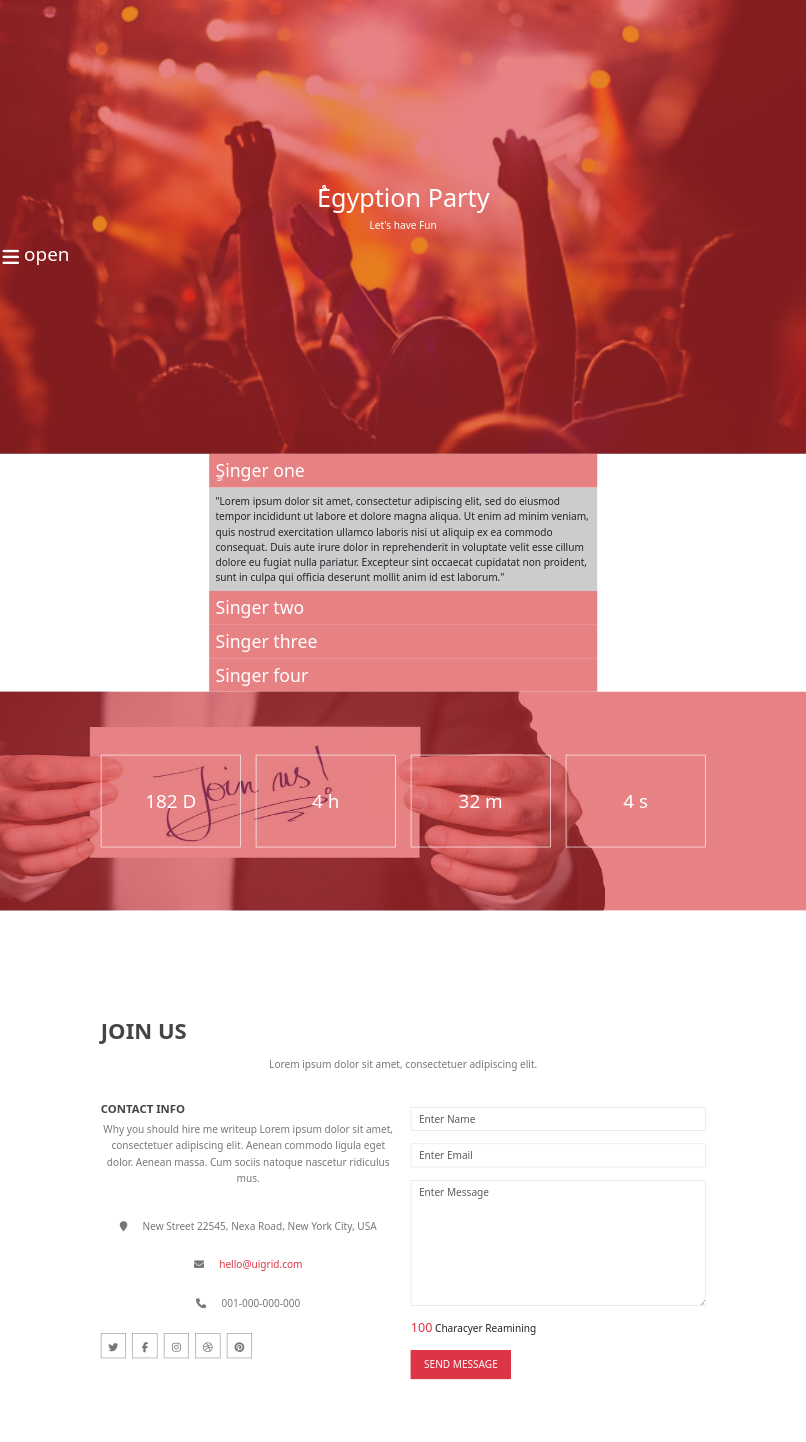
Repository: HagarYousry/jQuery
Page: index.html
These files come from the project's save history. The page is drawn as it stood at one moment and after a run of saves; the edit follows.
The browser window is 1280 px wide. The pictures show the whole page, at 63% of full size.

Above is the page before, as saved 2024-07-25 20:20:09.

### index.html
<!DOCTYPE html>
<html lang="en">

<head>
    <meta charset="UTF-8">
    <meta name="viewport" content="width=device-width, initial-scale=1.0">
    <title>Egyption party</title>
    <!-- web fonts  -->
    <link rel="stylesheet" href="css/all.min.css">
    <!-- bootstrap -->
    <link rel="stylesheet" href="css/bootstrap.min.css">
    <!-- main css -->
    <link rel="stylesheet" href="css/main.css">
</head>

<body>
    <!--start home  -->
    <section id="home">
        <div id="sideNav" class="bg-black p-5">
            <a class="p-0 closeIcon">
                <i class="fa-solid fa-xmark "></i>
            </a>
            <a class="sideNav-link mt-2" href="#home">Home</a>
            <a class="sideNav-link" href="#Acordion">Duration</a>
            <a class="sideNav-link" href="#contact">Contact</a>
            <a class="sideNav-link" href="#count">Details</a>
        </div>

        <div class="home-title d-flex justify-content-center align-items-center flex-column vh-100 text-white">
            <h1>ُEgyption Party</h1>
            <p>Let's have Fun</p>
            <span class="navIcon align-self-start d-flex align-items-center ms-1">
                <i class="fa-solid fa-bars"></i>
                <h4 class="ms-2">open</h4>
            </span>
        </div>
    </section>


    <!-- start Acordion section  -->
    <section id="Acordion" class=" ntext-center">

        <div class="container w-50">
            <h3 class="toggle">ٍSinger one</h3>
            <div class="inner first">"Lorem ipsum dolor sit amet, consectetur adipiscing elit, sed do eiusmod tempor
                incididunt ut labore et dolore magna aliqua. Ut enim ad minim veniam, quis nostrud exercitation ullamco
                laboris nisi ut aliquip ex ea commodo consequat. Duis aute irure dolor in reprehenderit in voluptate
                velit
                esse cillum dolore eu fugiat nulla pariatur. Excepteur sint occaecat cupidatat non proident, sunt in
                culpa
                qui officia deserunt mollit anim id est laborum."
            </div>


            <h3 class="toggle">Singer two</h3>
            <div class="inner">"Sed ut perspiciatis unde omnis iste natus error sit voluptatem accusantium doloremque
                laudantium, totam rem aperiam, eaque ipsa quae ab illo inventore veritatis et quasi architecto beatae
                vitae
                dicta sunt explicabo. Nemo enim ipsam voluptatem quia voluptas sit aspernatur aut odit aut fugit, sed
                quia
                consequuntur magni dolores eos qui ratione voluptatem sequi nesciunt. Neque porro quisquam est, qui
                dolorem
                ipsum quia dolor sit amet, consectetur, adipisci velit, sed quia non numquam eius modi tempora incidunt
                ut
                labore et dolore magnam aliquam quaerat voluptatem. Ut enim ad minima veniam, quis nostrum
                exercitationem
                ullam corporis suscipit laboriosam, nisi ut aliquid ex ea commodi consequatur? Quis autem vel eum iure
                reprehenderit qui in ea voluptate velit esse quam nihil molestiae consequatur, vel illum qui dolorem eum
                fugiat quo voluptas nulla pariatur?"
            </div>


            <h3 class="toggle">Singer three</h3>
            <div class="inner">"But I must explain to you how all this mistaken idea of denouncing pleasure and praising
                pain was born and I will give you a complete account of the system, and expound the actual teachings of
                the
                great explorer of the truth, the master-builder of human happiness. No one rejects, dislikes, or avoids
                pleasure itself, because it is pleasure, but because those who do not know how to pursue pleasure
                rationally
                encounter consequences that are extremely painful. Nor again is there anyone who loves or pursues or
                desires
                to obtain pain of itself, because it is pain, but because occasionally circumstances occur in which toil
                and
                pain can procure him some great pleasure. To take a trivial example, which of us ever undertakes
                laborious
                physical exercise, except to obtain some advantage from it? But who has any right to find fault with a
                man
                who chooses to enjoy a pleasure that has no annoying consequences, or one who avoids a pain that
                produces no
                resultant pleasure?"
            </div>


            <h3 class="toggle">Singer four</h3>
            <div class="inner">"At vero eos et accusamus et iusto odio dignissimos ducimus qui blanditiis praesentium
                voluptatum deleniti atque corrupti quos dolores et quas molestias excepturi sint occaecati cupiditate
                non
                provident, similique sunt in culpa qui officia deserunt mollitia animi, id est laborum et dolorum fuga.
                Et
                harum quidem rerum facilis est et expedita distinctio. Nam libero tempore, cum soluta nobis est eligendi
                optio cumque nihil impedit quo minus id quod maxime placeat facere possimus, omnis voluptas assumenda
                est,
                omnis dolor repellendus. Temporibus autem quibusdam et aut officiis debitis aut rerum necessitatibus
                saepe
                eveniet ut et voluptates repudiandae sint et molestiae non recusandae. Itaque earum rerum hic tenetur a
                sapiente delectus, ut aut reiciendis voluptatibus maiores alias consequatur aut perferendis doloribus
                asperiores repellat."

            </div>

        </div>
    </section>
    <!-- end Acordion section  -->

    <!-- start count section  -->
    <section id="count">
        <div class="container-fluid w-75 text-center text-white">
            <div class="row">
                <div class="col-md-3">
                    <div class="time">
                        <span class="days">00</span>
                    </div>
                </div>

                <div class="col-md-3">
                    <div class="time">
                        <span class="hours">00</span>
                    </div>
                </div>

                <div class="col-md-3">
                    <div class="time">
                        <span class="minutes">00</span>
                    </div>
                </div>

                <div class="col-md-3">
                    <div class="time">
                        <span class="seconds">00</span>
                    </div>
                </div>

            </div>
        </div>
    </section>
    <!-- end count section  -->

    <!-- start contact-us section  -->
    <section id="contact">
        <div class="container-fluid w-75">
            <div class="head">
                <h2 class="text-uppercase fw-bold">Join Us</h2>
                <p class="text-center">Lorem ipsum dolor sit amet, consectetuer adipiscing elit.</p>
            </div>
            <div class="row mt-5">
                <div class="col-md-6">
                    <div class="col-info">
                        <h3 class="text-uppercase">CONTACT INFO</h3>
                        <p class="text-center">Why you should hire me writeup Lorem ipsum dolor sit amet, consectetuer
                            adipiscing elit.
                            Aenean commodo ligula eget dolor. Aenean massa. Cum sociis natoque nascetur ridiculus mus.
                        </p>

                        <div class="icons text-center">
                            <p><i class="fa fa-map-marker"></i> New Street 22545, Nexa Road, New York City, USA</p>

                            <p class="text-danger"><i class="fa fa-envelope"></i> hello@uigrid.com</p>
                            <p><i class="fa fa-phone"></i> 001-000-000-000</p>
                        </div>

                        <div class="social d-flex align-items-center">

                            <i class="fab fa-twitter fa-fw"></i>
                            <i class="fab fa-facebook-f fa-fw"></i>
                            <i class="fab fa-instagram fa-fw"></i>
                            <i class="fab fa-dribbble fa-fw"></i>
                            <i class="fab fa-pinterest fa-fw"></i>

                        </div>
                    </div>
                </div>

                <div class="col-md-6">
                    <form>

                        <input class="form-control mt-2" type="text" placeholder="Enter Name">
                        <input class="form-control" type="email" placeholder="Enter Email">
                        <textarea class="form-control " placeholder="Enter Message"></textarea>
                        <span id="chars" class="text-danger">100</span> Characyer Reamining
                        <button class="btn btn-danger text-uppercase">Send Message</button>

                    </form>
                </div>
            </div>
        </div>
    </section>
    <!-- end contact-us section  -->


    <!-- jquery  -->
    <script src="js/jquery-3.7.1.min.js"></script>
    <!-- index js  -->
    <script src="js/index.js"></script>


</body>

</html>

### css/main.css
#home{
    height: 100vh;
    background-image: linear-gradient(rgba(214, 46, 51, 0.6), rgba(214, 46, 51, 0.6)),
        url(../imgs/events-heavenly-header.jpg);
    background-position: center;
    background-size: cover;
    background-repeat: no-repeat;
}

#sideNav {
    position: fixed;
    top: 0;
    bottom: 0;
    left: 0;
    display: flex;
    flex-direction: column;
    z-index: 9999;
}

#sideNav a{
    padding: 20px;
    text-decoration: none;
    font-size: 25px;
    color: #818181;
    display: block;
    color: white;
    transition: 0.3s;
}

.closeIcon {
    position: absolute;
    top: 0;
    right: 25px;
    font-size: 26px;
    margin-left: 50px;
    color: white;
    padding-bottom: 10px;
    transition: 0.3s;
    cursor: pointer;
}

#sideNav a:hover {
    color: rgba(214, 46, 51, 0.4);
}

.navIcon i,
.navIcon h4 {
    font-size: 30px;
    cursor: pointer;
}

/* #sideNav {
    position: fixed;
    top: 0;
    bottom: 0;
    left: 0;
    display: flex;
    z-index: 9999;
}

#sideNav .navAnchor {
    padding: 40px 0 0 0;
    position: relative;
}

#sideNav .navAnchor ul {
    padding: 0 20px 0 20px;
}

#sideNav .navAnchor ul li {
    padding: 25px;
    list-style: none;
    cursor: pointer;
}

#sideNav .navAnchor ul li:hover a {
    color: rgba(214, 46, 51, 0.4);
}

#sideNav .navAnchor ul li a {
    text-decoration: none;
    font-size: 25px;
    color: white;
    transition: 0.3s all;
}


.closeIcon {
    position: absolute;
    top: 0;
    right: 25px;
    font-size: 26px;
    margin-left: 50px;
    color: white;
}

.navIcon {
    border-radius: 20px 20px;
}

.navIcon i,
.navIcon h4 {
    font-size: 30px;
    cursor: pointer;
}

@media (max-width: 991.98px) {
    .navIcon {
        align-self: flex-start !important;
    }

    .navIcon .navIcon-content {
        flex-direction: column;
    }
}


header {
    height: 100vh;
    background-image: linear-gradient(rgba(214, 46, 51, 0.6), rgba(214, 46, 51, 0.6)),
        url(../imgs/events-heavenly-header.jpg);
    background-position: center;
    background-size: cover;
    background-repeat: no-repeat;
}

header h1 {
    font-size: 60px;
} */



/* start Acordion section  */
#Acordion {
    padding: 100px auto;
}

.toggle {
    background-color: rgba(214, 46, 51, 0.6);
    cursor: pointer;
    color: white;
    padding: 10px;
    margin: 0px;
}

.inner {
    background-color: rgb(204, 204, 204);
    display: none;
    padding: 10px;
}

#Acordion .first {
    display: block;
}

/* end Acordion section  */

/* start count section  */

#count {
    background-image: linear-gradient(rgba(214, 46, 51, 0.6), rgba(214, 46, 51, 0.6)), url(../imgs/invitation-2508607__340.jpg);
    background-repeat: no-repeat;
    background-position: center center;
    background-size: 100% 100%;
    position: relative;
}

.container-fluid {
    padding: 100px 0px;
}

.time {
    padding: 50px;
    border: 1px solid #FFF;
    font-weight: 500;
    font-size: 30px;
}

/* end count section  */

/* start contact-us section  */
#contact {
    margin-top: 70px;
}

#contact .head h2 {
    font-size: 35px;
    color: #444;
    margin-bottom: 20px;
}

#contact .head p {
    color: #777;
    font-weight: 300;
    font-size: 16px;
}

#contact .col-md-6 .col-info .icons {
    margin-top: 50px;
}

#contact .col-md-6 .col-info .icons p {
    margin-bottom: 35px;
}

#contact .col-md-6 .col-info h3 {
    color: #444;
    font-size: 18px;
    font-weight: 900;
}

#contact .col-md-6 .col-info p {
    font-size: 16px;
    line-height: 26px;
    color: #777;
}

#contact i {
    margin-right: 20px;
    color: #777;
}

#contact .col-md-6 .col-info .social i {
    margin-right: 10px;
    border: 1px solid #999;
    width: 40px;
    height: 40px;
    line-height: 42px;
    cursor: pointer;
    text-align: center;
    transition: 0.5s all;
}

#contact .col-md-6 .col-info .social i:hover {
    color: #fff;
    background-color: #D62E33;
    border: 1px solid #D62E33;
}

#contact .col-md-6 form input,
#contact .col-md-6 form textarea {
    margin-bottom: 20px;
    border-radius: 0;
}

#contact .col-md-6 form textarea {
    height: 200px;
    resize: vertical;
}

#contact .col-md-6 form button {
    padding: 10px 20px;
    border-radius: 0;
    margin-top: 20px;
    display: block;
}

#contact .col-md-6 form #chars {
    font-size: 20px;
}
/* end contact-us section  */

### js/index.js
/// <reference types="../@types/jquery"/>

/* start sideNav */

const sideNavwidth = $('#sideNav').outerWidth(true);

$('#sideNav')
    .animate({ left: -sideNavwidth }, 0);

// open icon
$('.navIcon')
    .on('click', function () {
        $('#sideNav').animate({left :0 }, 1000);
        $('.home-title').animate({ marginLeft: sideNavwidth }, 1000)

    })

// close icon
$('.closeIcon')
    .on('click', function () {
        $('#sideNav').animate({ left: -sideNavwidth }, 1000);
        $('.home-title').animate({ marginLeft: 0 }, 1000)
    })


//! scroll to sections
$('.sideNav-link[href^="#"]')
    .on('click', function () {
        const sectionId = $(this).attr('href');
        // console.log(section);
        //! get section top
        const sectionTop = $(sectionId).offset().top;
        // console.log(top);
        $('html , body')
            .animate({ scrollTop: sectionTop }, 2000)
    })

// end sideNav section

// start Acordion section
//! slideToggle effect
$('#Acordion .toggle').on('click', function () {
    //! slide up all inner except the one i clicked on
    $('.inner').not($(this).next()).slideUp(500);
    //! slide toggle
    $(this).next().slideToggle(500);
});
// end Acordion section

//start count section
$(window).on('load', function () {
    countDownTime("24 january 2025 00:00:00");
})


function countDownTime(countTo) {

    //! get countTo date
    let futureDate = new Date(countTo);
    futureDate = (futureDate.getTime() / 1000);
    // console.log(futureDate);

    //! get current date
    let now = new Date();
    // console.log(now);
    now = (now.getTime() / 1000);

    //! get the difference between current date and countTo date by sec
    timeDifference = (futureDate - now);

    //?(24 * 60 * 60) ==> num. of sec in day ==> 86400
    let days = Math.floor(timeDifference / 86400);
    let hours = Math.floor((timeDifference - (days * 86400)) / 3600);
    let mins = Math.floor((timeDifference - (days * 86400) - (hours * 3600)) / 60);
    let secs = Math.floor((timeDifference - (days * 86400) - (hours * 3600) - (mins * 60)))


    $(".days").html(`${days} D`);
    $(".hours").html(`${hours} h`);
    $(".minutes").html(`${mins} m`);
    $('.seconds').html(`${secs} s`)

    //! Repeating the Countdown Every Second
    setInterval(function () {
        countDownTime(countTo);
    }, 1000);
}
//end count section

//start contact-us section
let maxLength = 100;
$('textarea').on('keyup', function () {
    //! val as getter ==> lenght
    let length = $(this).val().length;
    // console.log(length);
    let AmountLeft = maxLength - length;
    console.log(AmountLeft);
    if (AmountLeft <= 0) {
        $("#chars").text("your available characters finished");
    }
    else {
        $("#chars").text(AmountLeft);
    }
});
//end contact-us section

Loaded but not shown: css/all.min.css (library); css/bootstrap.min.css (library); js/jquery-3.7.1.min.js (library)

After the next 5 saves:
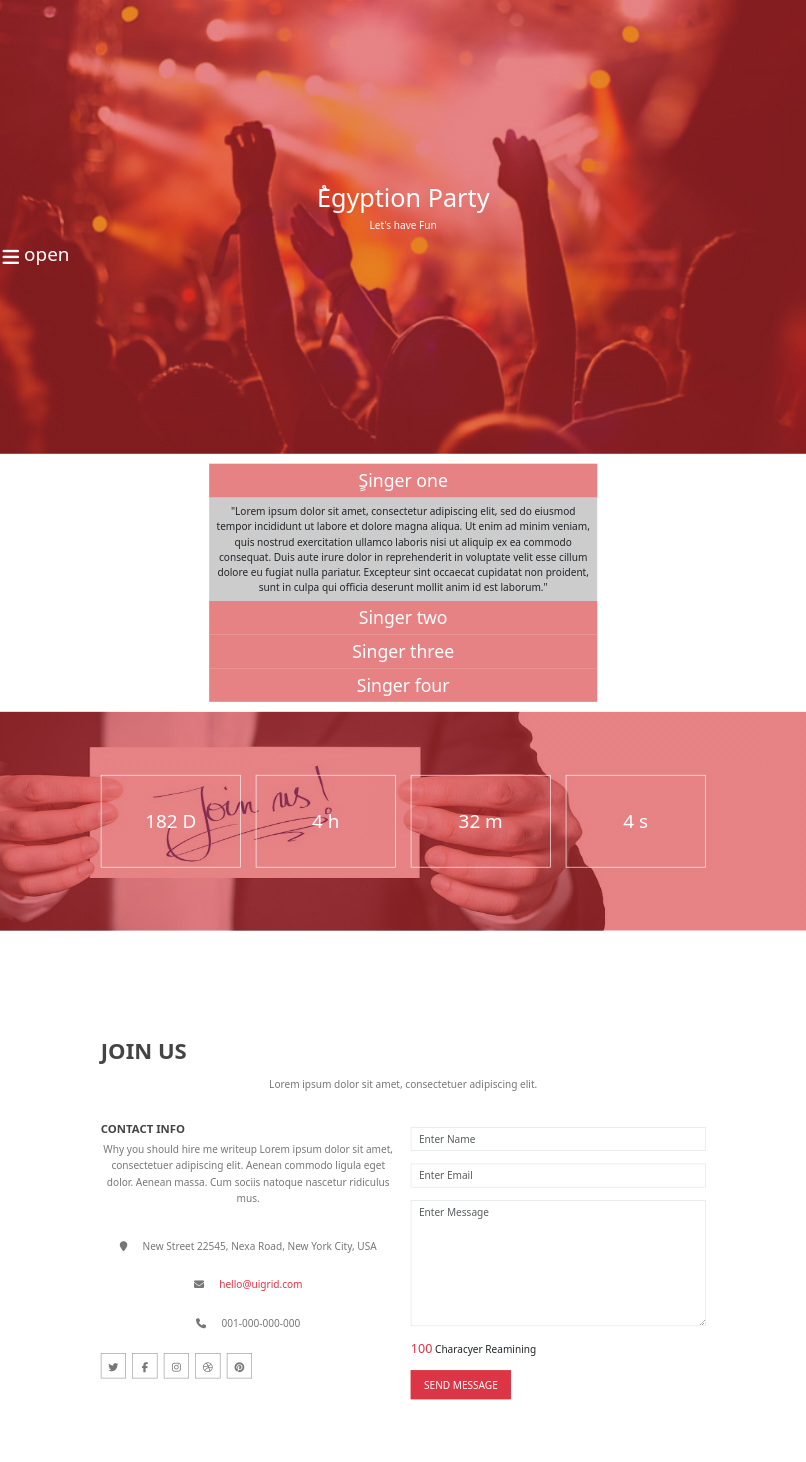
The 5 saves are shown as one change because they came seconds apart.
The last was saved 16 s later.
--- a/index.html
+++ b/index.html
@@ -38,7 +38,7 @@
 
 
     <!-- start Acordion section  -->
-    <section id="Acordion" class=" ntext-center">
+    <section id="Acordion" class="my-3 text-center">
 
         <div class="container w-50">
             <h3 class="toggle">ٍSinger one</h3>
